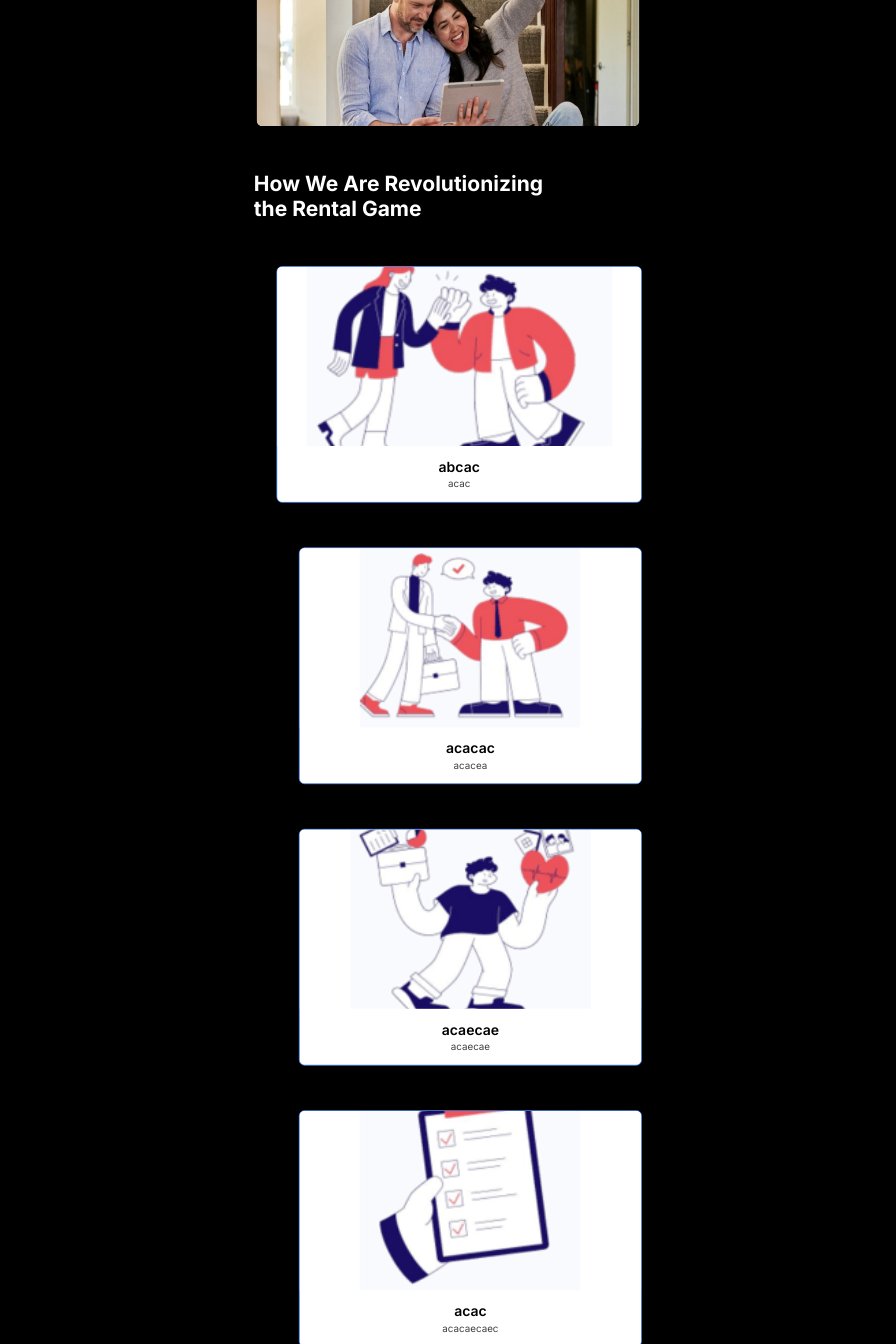
Repository: aditya-jha-kumar/BleisureHosting-V1
Page: /home
The author's editor kept a copy of each file at every save. The page is drawn from the files as they stood at one save, then again after the next save.
The browser window is 1280 px wide. The pictures show the part of the page from y = 2043 to 3963 px (the page is 3999 px tall before and 2697 px after), at 70% of full size.
The project was rebuilt for these pictures with package versions that can differ from the ones it lists, and the page was loaded fresh each time. The framework's server and built-in components were replaced by stand-ins that run in the browser. Also part of the build but not shown: next.config.mjs.

Above is the page before, as saved 2024-06-12 15:47:51.

### src/app/home/page.tsx
// Home.tsx

import React from "react";
import Navbar from "@/components/navbar";
import Search from "@/components/Search";
import Hero from "@/components/hero";
import Card from "@/components/card";
import Button from "@/components/button";
import Card2 from "@/components/Card2";

export default function Home() {
  return (
    <div className="relative min-h-screen flex flex-col justify-center items-center">
      {/* Navbar */}
      <Navbar
        logoSrc="/logo.png"
        logoAlt=""
        option1="Place to stay"
        option2="Experience"
        option3="Nearby"
        option4="Contact"
        button1Label="Become a partner"
        button2Label="Sign up"
      />

      {/* Hero section */}
      <div className="relative rounded overflow-hidden flex-1">
        <Hero
          logoSrc="/hero.png"
          logoAlt="Your alt text here"
          className="rounded"
        />
        {/* Search component placed on Hero */}
        <div className="absolute inset-0 flex justify-center items-center">
          <Search placeholder="Search" />
        </div>
      </div>

      {/* Additional content */}
      <div className="flex flex-col items-center justify-center text-center mt-8 md:mt-12 px-4">
        <h1 className="text-3xl font-bold">Welcome to the future</h1>
        <p className="mt-4">
          Discover peace of mind, flexibility, and confidence for your next
          adventure - whether it's a new job, a temporary home, medical
          relocation, or travel cravings - with the ease and comfort of a
          Bleisure home
        </p>
      </div>

      {/* Cards */}
      <div className="flex justify-center mt-8 space-x-4 md:space-x-8">
        <Card
          imageSrc="/card1.png"
          largeText="Emrald Valley Heights Homestay"
          smallText="Viman Nagar, Pune"
          showOverlay
          showArrow
        />
        <div className="md:mt-4">
          {/* Add margin top for medium screens */}
          <Card
            imageSrc="/card2.png"
            largeText="Golden Horizon Homestay"
            smallText="Viman Nagar, Pune"
            showOverlay
            showArrow
          />
          <Card
            imageSrc="/card3.png"
            largeText="Sunset Vista Homestay"
            smallText="Viman Nagar, Pune"
            showOverlay
            showArrow
          />
        </div>
      </div>

      {/* Additional content */}
      <div className="flex flex-col items-center justify-center text-center mt-8 md:mt-12 px-4">
        <h1 className="text-xl font-bold">
          Now offering our lowest rates for 3+ month stays
        </h1>
        <Button text="Explore Properties >>" />
      </div>

      {/* Our Mission */}
      <div className="flex flex-col items-center justify-center text-center mt-8 md:mt-12 px-4">
        <h1 className="text-3xl font-bold">Our Mission</h1>
        <p className="mt-4">
          Redefining short & medium-term rental accommodations with comfortable,
          furnished apartments equipped with all the amenities you need.
        </p>
        <Card
          imageSrc="our-mission.png"
          largeText=""
          smallText=""
          smallSize // Pass this prop to decrease the size
        />
      </div>
      {/* Revolutionizing */}
      <div className="flex-nowwarp justify-center mt-8 space-x-4 md:space-x-8 overflow-x-auto">
        <h1 className="text-3xl font-bold">
          How We Are Revolutionizing <br /> the Rental Game
        </h1>
        <div className="flex flex-wrap justify-center mt-8 space-x-4 md:space-x-8">
          <Card2 imageSrc="/a1.png" largeText="abcac" smallText="acac" />
          <Card2 imageSrc="/a2.png" largeText="acacac" smallText="acacea" />
          <Card2 imageSrc="/a3.png" largeText="acaecae" smallText="acaecae" />
          <Card2 imageSrc="/a4.png" largeText="acac" smallText="acacaecaec" />
        </div>
      </div>
    </div>
  );
}

### src/components/navbar.tsx
"use client"
import { useState } from "react";
import Link from "next/link";

interface NavbarProps {
  logoSrc: string;
  logoAlt: string;
  option1: string;
  option2: string;
  option3: string;
  option4: string;
  button1Label: string;
  button2Label: string;
}

const Navbar = ({
  logoSrc,
  logoAlt,
  option1,
  option2,
  option3,
  option4,
  button1Label,
  button2Label,
}: NavbarProps) => {
  const [isMenuOpen, setIsMenuOpen] = useState(false);

  const toggleMenu = () => {
    setIsMenuOpen(!isMenuOpen);
  };

  return (
    <nav className="bg-white dark:bg-white fixed w-full z-20 top-0 start-0 border-b">
      <div className="max-w-screen-xl flex flex-wrap items-center justify-between mx-auto p-4">
        <Link
          className="flex items-center space-x-3 rtl:space-x-reverse cursor-pointer"
          href="/"
        >
          <img src={logoSrc} className="h-8" alt={logoAlt} />
          <span className="self-center text-2xl font-semibold whitespace-nowrap dark:text-black">
            {logoAlt}
          </span>
        </Link>
        <div className="flex md:order-2 space-x-3 md:space-x-0 rtl:space-x-reverse">
          <button
            type="button"
            className="text-black bg-white border-black border-2 focus:ring-4 font-medium rounded-lg text-sm px-4 py-2 text-center transition duration-300 ease-in-out hover:bg-black hover:text-white hover:border-gray-800"
          >
            {button1Label}
          </button>

          <span className="px-2 py-2">|</span>
          <button
            type="button"
            className="text-white bg-blue-700 hover:bg-blue-800 focus:ring-4 focus:outline-none focus:ring-blue-300 font-medium rounded-lg text-sm px-4 py-2 text-center dark:bg-blue-600 dark:hover:bg-blue-700 dark:focus:ring-blue-800 transition duration-300 ease-in-out"
          >
            {button2Label}
          </button>

          <button
            data-collapse-toggle="navbar-sticky"
            type="button"
            className="inline-flex items-center p-2 w-10 h-10 justify-center text-sm text-gray-500 rounded-lg md:hidden hover:bg-gray-100 focus:outline-none focus:ring-2 focus:ring-gray-200 dark:text-gray-400 dark:hover:bg-gray-700 dark:focus:ring-gray-600 transition duration-300 ease-in-out"
            aria-controls="navbar-sticky"
            aria-expanded="false"
            onClick={toggleMenu}
          >
            <span className="sr-only">Open main menu</span>
            <svg
              className="w-5 h-5"
              aria-hidden="true"
              xmlns="http://www.w3.org/2000/svg"
              fill="none"
              viewBox="0 0 17 14"
            >
              <path
                stroke="currentColor"
                strokeLinecap="round"
                strokeLinejoin="round"
                strokeWidth="2"
                d="M1 1h15M1 7h15M1 13h15"
              />
            </svg>
          </button>
        </div>
        <div
          className={`items-center justify-between w-full md:flex md:w-auto md:order-1 ${
            isMenuOpen ? "block" : "hidden"
          }`}
          id="navbar-sticky"
        >
          <ul className="flex flex-col p-4 md:p-0 mt-4 font-medium border border-gray-100 rounded-lg bg-gray-50 md:space-x-8 rtl:space-x-reverse md:flex-row md:mt-0 md:border-0 md:bg-white">
            <li>
              <Link
                className="block py-2 px-3 text-gray-900 rounded hover:bg-gray-100 md:hover:bg-transparent md:hover:text-blue-700 md:p-0 md:dark:hover:text-blue-500 dark:text-black dark:hover:bg-gray-700 dark:hover:text-black md:dark:hover:bg-transparent dark:border-gray-700 transition duration-300 ease-in-out"
                aria-current="page"
                href="/placetostay"
              >
                {option1}
              </Link>
            </li>
            <li>
              <Link
                className="block py-2 px-3 text-gray-900 rounded hover:bg-gray-100 md:hover:bg-transparent md:hover:text-blue-700 md:p-0 md:dark:hover:text-blue-500 dark:text-black dark:hover:bg-gray-700 dark:hover:text-black md:dark:hover:bg-transparent dark:border-gray-700 transition duration-300 ease-in-out"
                href="/about"
              >
                {option2}
              </Link>
            </li>
            <li>
              <Link
                className="block py-2 px-3 text-gray-900 rounded hover:bg-gray-100 md:hover:bg-transparent md:hover:text-blue-700 md:p-0 md:dark:hover:text-blue-500 dark:text-black dark:hover:bg-gray-700 dark:hover:text-black md:dark:hover:bg-transparent dark:border-gray-700 transition duration-300 ease-in-out"
                href="/services"
              >
                {option3}
              </Link>
            </li>
            <li>
              <Link
                className="block py-2 px-3 text-gray-900 rounded hover:bg-gray-100 md:hover:bg-transparent md:hover:text-blue-700 md:p-0 md:dark:hover:text-blue-500 dark:text-black dark:hover:bg-gray-700 dark:hover:text-black md:dark:hover:bg-transparent dark:border-gray-700 transition duration-300 ease-in-out"
                href="/contact"
              >
                {option4}
              </Link>
            </li>
          </ul>
        </div>
      </div>
    </nav>
  );
};

export default Navbar;

### src/components/Search.tsx
"use client";
import React from "react";

interface SearchProps {
  placeholder: string;
}

const Search = ({ placeholder }: SearchProps) => {
  return (
    <div className="relative">
      <input
        type="text"
        placeholder={placeholder}
        className="w-full h-12 px-4 py-2 rounded-lg border border-gray-300 focus:outline-none focus:border-blue-500"
      />
      <button className="absolute inset-y-0 right-0 flex items-center px-4 bg-blue-500 text-white rounded-r-lg">
        Search
      </button>
    </div>
  );
};

export default Search;

### src/components/hero.tsx
"use client";
import React from "react";

interface HeroProps {
  logoSrc: string;
  logoAlt: string;
  className?: string; // Make className optional
}

const Hero = ({ logoSrc, logoAlt, className }: HeroProps) => {
  return (
    <div className={className}>
      <div>
        <img src={logoSrc} alt={logoAlt} />
      </div>
    </div>
  );
};

export default Hero;

### src/components/card.tsx
"use client";
import React from "react";

interface CardProps {
  imageSrc: string;
  largeText: string;
  smallText: string;
  showOverlay?: boolean; // Optional prop to show/hide overlay
  showArrow?: boolean; // Optional prop to show/hide arrow
  smallSize?: boolean; // Optional prop to decrease card size
}

const Card = ({
  imageSrc,
  largeText,
  smallText,
  showOverlay = false,
  showArrow = false,
  smallSize = false,
}: CardProps) => {
  return (
    <div
      className={`relative bg-white rounded-lg shadow-md overflow-hidden group my-8 ${
        smallSize ? "w-250 h-64" : "w-full h-auto"
      }`}
    >
      {/* Image */}
      <div className="w-full h-full relative">
        <img src={imageSrc} alt="Card" className="w-full h-full" />
        {/* Black overlay */}
        {showOverlay && (
          <div className="absolute inset-0 bg-black opacity-35 rounded-lg"></div>
        )}
      </div>

      {/* Large Text */}
      <div className="absolute bottom-0 left-0 p-4">
        <h2 className="text-xl font-semibold text-white">{largeText}</h2>
        <p className="text-sm text-white opacity-75">{smallText}</p>
      </div>

      {/* Arrow Icon */}
      {showArrow && (
        <div className="absolute bottom-0 right-0 p-4">
          <svg
            xmlns="http://www.w3.org/2000/svg"
            className="h-6 w-6 text-white"
            fill="none"
            viewBox="0 0 24 24"
            stroke="currentColor"
          >
            <path
              strokeLinecap="round"
              strokeLinejoin="round"
              strokeWidth={2}
              d="M14 5l7 7m0 0l-7 7m7-7H3"
            />
          </svg>
        </div>
      )}
    </div>
  );
};

export default Card;

### src/components/button.tsx
import React from "react";

interface ButtonProps {
  text: string;
  onClick?: () => void;
  disabled?: boolean;
}

const Button = ({ text, onClick, disabled = false }: ButtonProps) => {
  return (
    <button
      type="button"
      onClick={onClick}
      disabled={disabled}
      className={`py-5 px-5 my-5 text-xl inline-flex items-center gap-x-2 font-semibold rounded-full ${
        disabled
          ? "opacity-50 cursor-not-allowed"
          : "bg-blue-600 text-white hover:bg-blue-700"
      }`}
    >
      {text}
    </button>
  );
};

export default Button;

### src/components/Card2.tsx
// Card2.tsx
"use client";
import React from "react";

interface CardProps {
  imageSrc: string;
  largeText: string;
  smallText: string;
}

const Card2 = ({ imageSrc, largeText, smallText }: CardProps) => {
  return (
    <div className="relative w-full h-auto bg-white border border-blue-500 rounded-lg shadow-md overflow-hidden my-8">
      {/* Background Image */}
      <div
        className="w-full h-64 bg-cover bg-center"
        style={{ backgroundImage: `url(${imageSrc})` }}
      />

      {/* Content */}
      <div className="p-4 text-center text-black">
        <h2 className="text-xl font-semibold">{largeText}</h2>
        <p className="text-sm opacity-75">{smallText}</p>
      </div>
    </div>
  );
};

export default Card2;

### tailwind.config.ts
module.exports = {
  content: [
    "./src/pages/**/*.{js,ts,jsx,tsx}",
    "./src/components/**/*.{js,ts,jsx,tsx}",
    "./src/app/**/*.{js,ts,jsx,tsx}",
    "node_modules/preline/dist/*.js",
  ],
  theme: {
    extend: {
      backgroundImage: {
        "gradient-radial": "radial-gradient(var(--tw-gradient-stops))",
        "gradient-conic":
          "conic-gradient(from 180deg at 50% 50%, var(--tw-gradient-stops))",
      },
    },
  },
  plugins: [require("preline/plugin")],
};

Loaded but not shown: src/app/layout.tsx (common file); src/app/globals.css (common file)

After the next save:
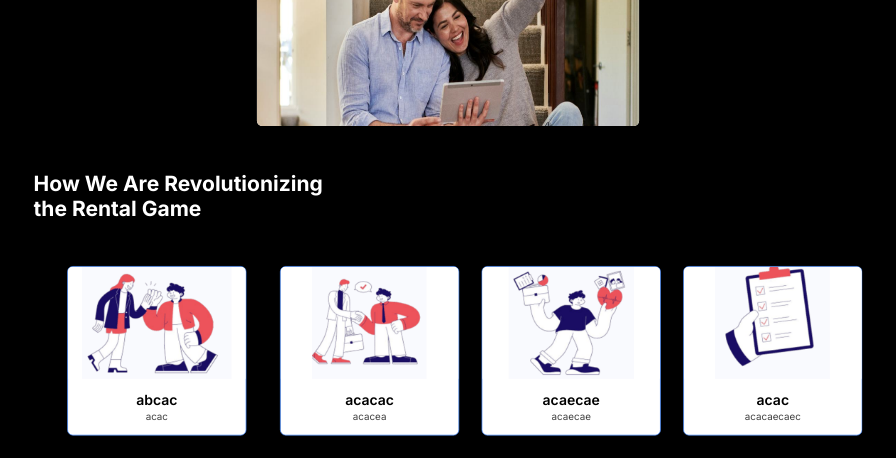
Saved 2 min 12 s later.
--- a/src/components/Card2.tsx
+++ b/src/components/Card2.tsx
@@ -10,10 +10,10 @@
 
 const Card2 = ({ imageSrc, largeText, smallText }: CardProps) => {
   return (
-    <div className="relative w-full h-auto bg-white border border-blue-500 rounded-lg shadow-md overflow-hidden my-8">
+    <div className="relative w-64 h-auto bg-white border border-blue-500 rounded-lg shadow-md overflow-hidden my-8 mx-4">
       {/* Background Image */}
       <div
-        className="w-full h-64 bg-cover bg-center"
+        className="w-full h-40 bg-cover bg-center"
         style={{ backgroundImage: `url(${imageSrc})` }}
       />
 

After the 5 saves that followed:
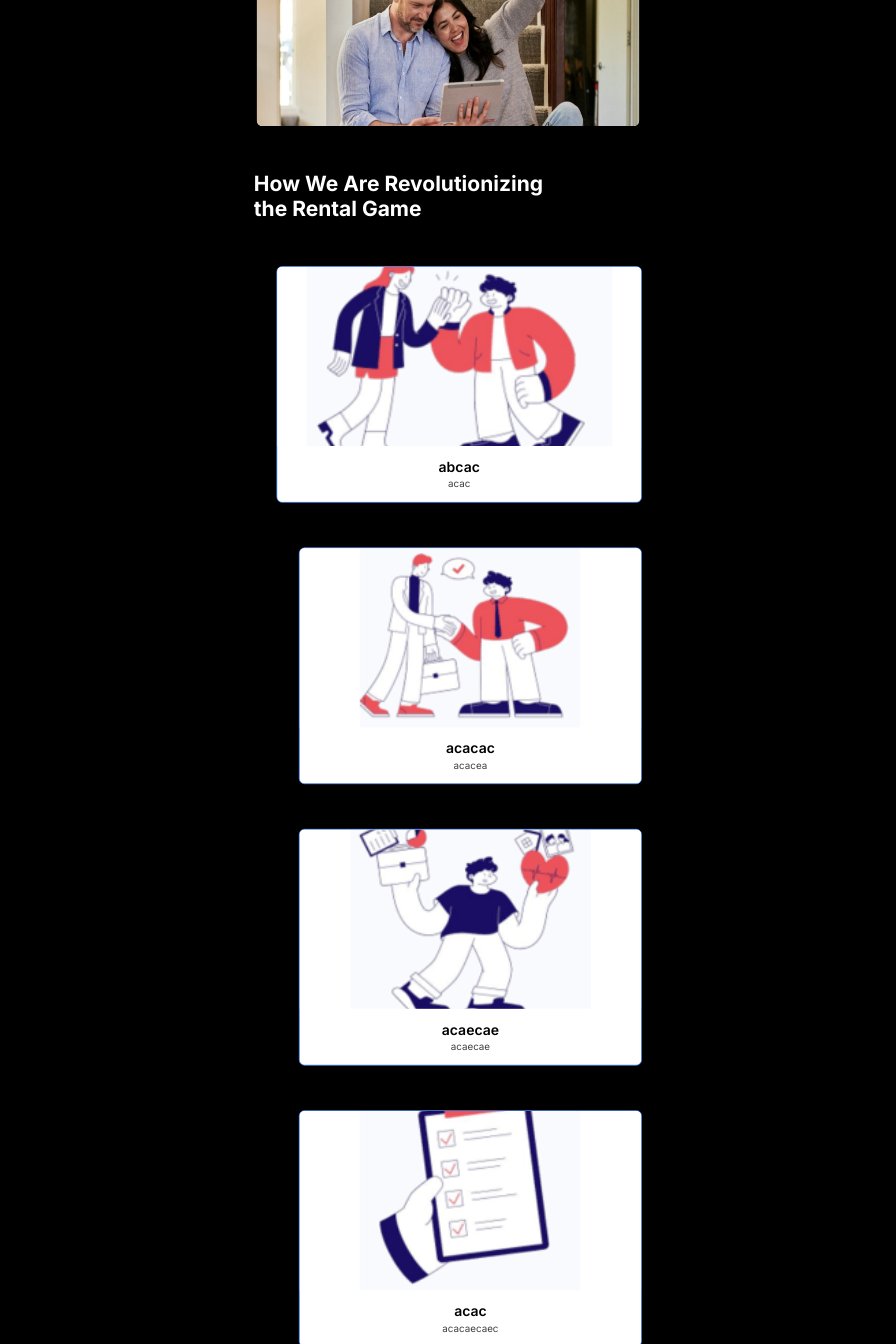
The 5 saves are shown as one change because 2 left the picture as it was and some came seconds apart.
The last was saved 35 s later.
--- a/src/components/Card2.tsx
+++ b/src/components/Card2.tsx
@@ -10,10 +10,10 @@
 
 const Card2 = ({ imageSrc, largeText, smallText }: CardProps) => {
   return (
-    <div className="relative w-64 h-auto bg-white border border-blue-500 rounded-lg shadow-md overflow-hidden my-8 mx-4">
+    <div className="relative w-full h-auto bg-white border border-blue-500 rounded-lg shadow-md overflow-hidden my-8">
       {/* Background Image */}
       <div
-        className="w-full h-40 bg-cover bg-center"
+        className="w-full h-64 bg-cover bg-center"
         style={{ backgroundImage: `url(${imageSrc})` }}
       />
 
